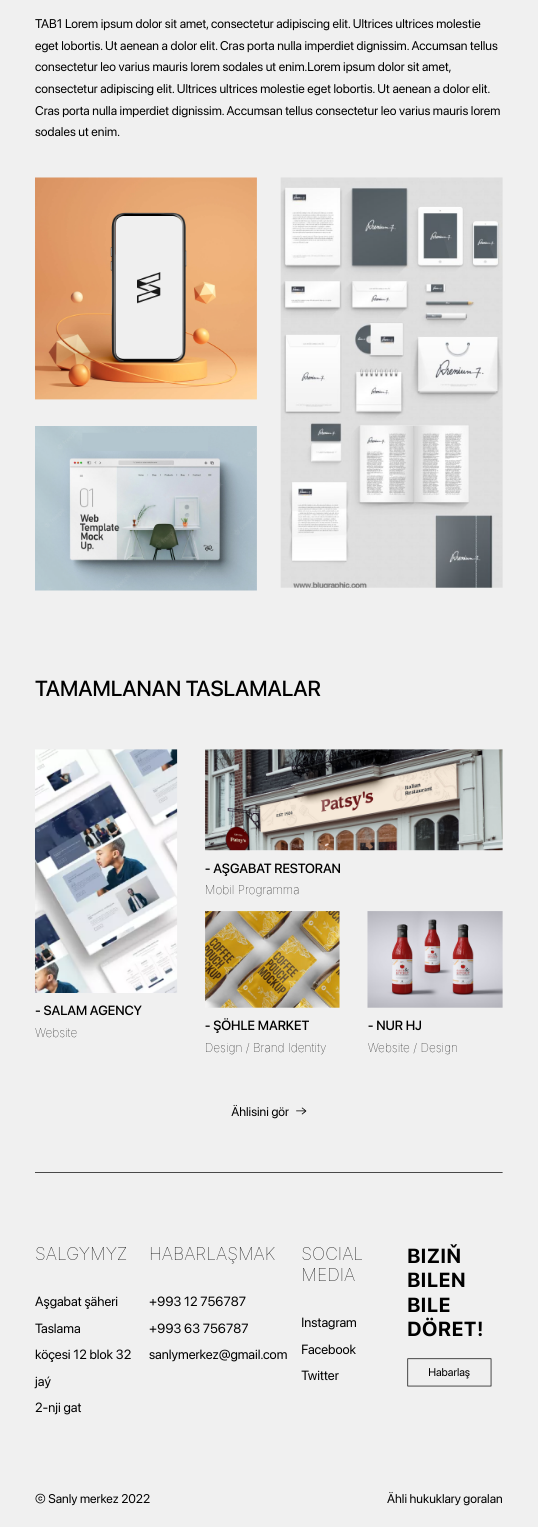
Repository: Meylis7/Sanly-Merkez-Web
Page: main.html
An editor plug-in stored every save of this project. The page is shown before and after the next save, followed by the edit.
The browser window is 768 px wide. The pictures show the part of the page from y = 1742 to 3982 px (the page is 3923 px tall before and 3982 px after), at 70% of full size.
Some web fonts or font styles are not loaded; a fallback is used.

Above is the page before, as saved 2022-05-07 19:27:34.

After the next save:
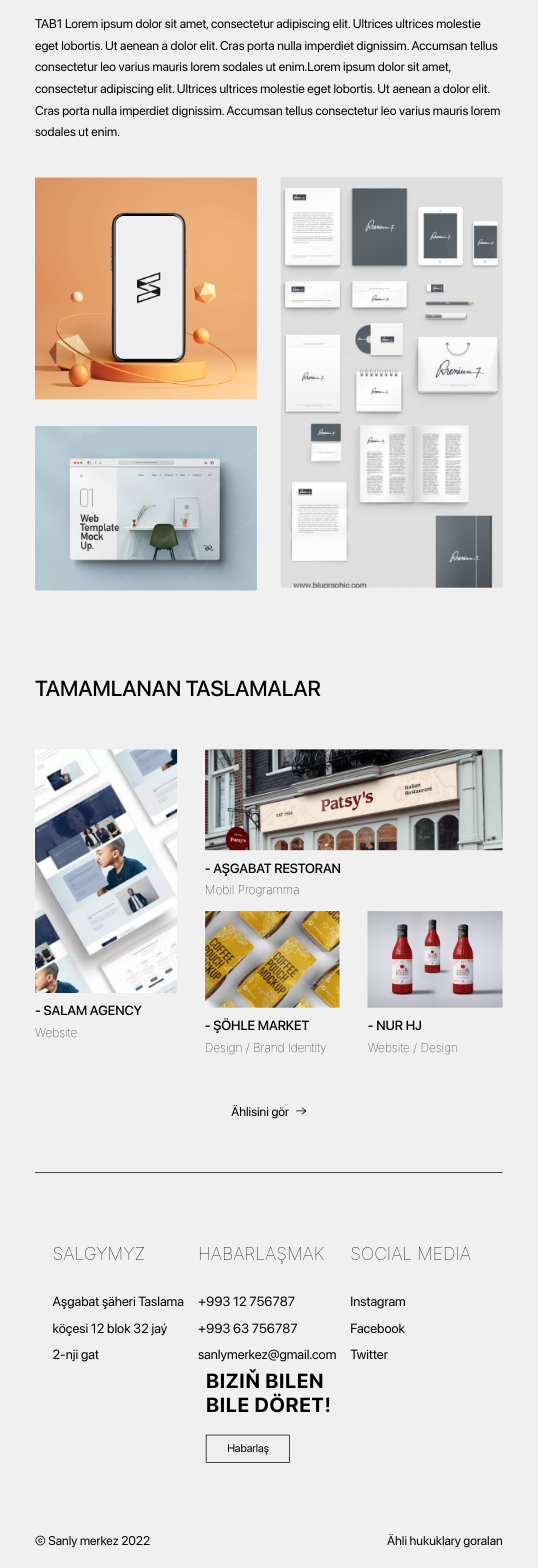
Saved 8 days later.
--- a/css/main.css
+++ b/css/main.css
@@ -731,4 +731,8 @@ header .btn{
   .footer-links{
     margin-right: 20px;
   }
-}
+  .footer-links-container{
+    flex-wrap: wrap;
+    justify-content: center;
+  }
+}
